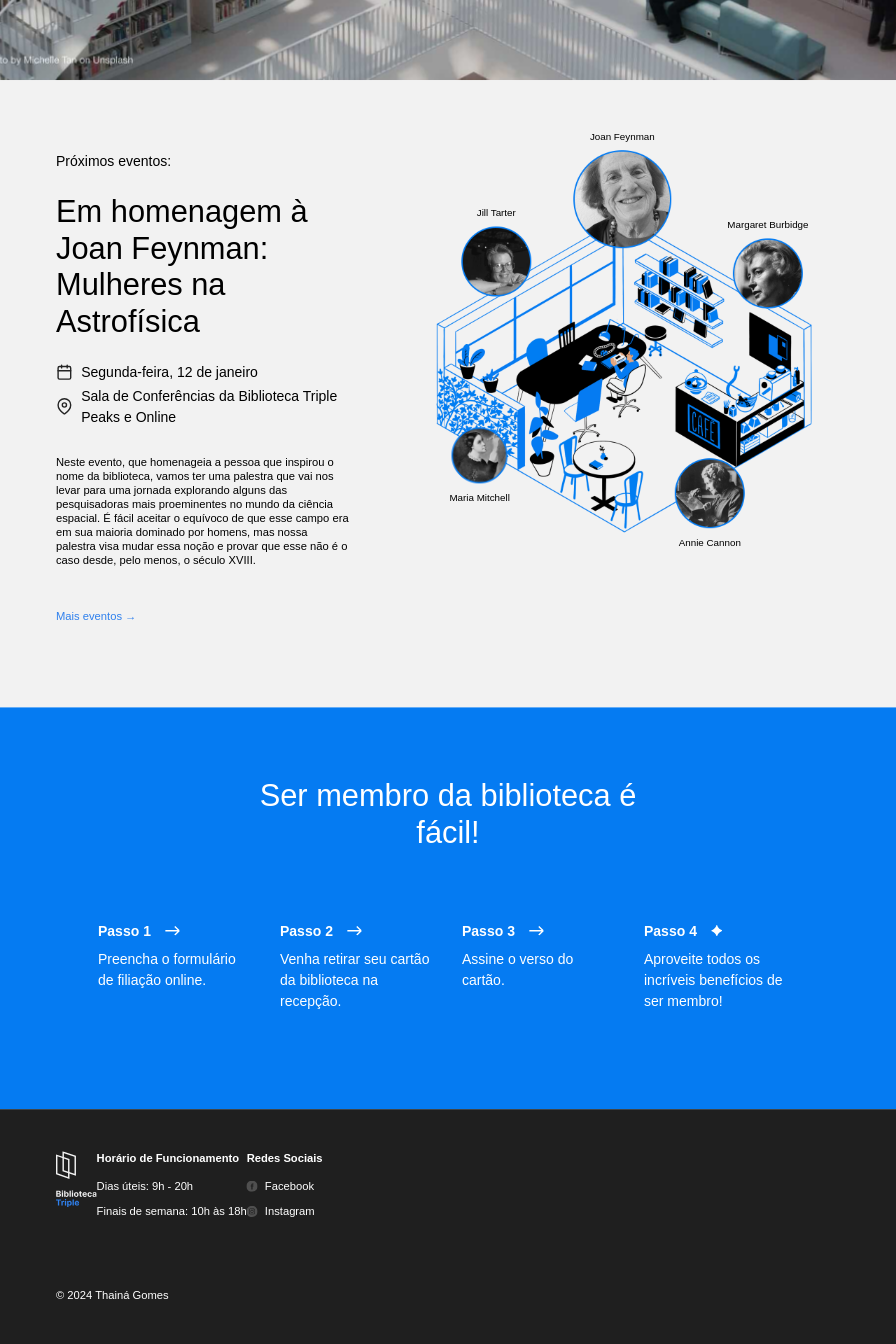
Repository: thainagomesc/web_project_library_pt
Page: index.html
These files come from the project's save history. The page is drawn as it stood at one moment and after the next save; the edit follows.
The browser window is 1280 px wide. The pictures show the part of the page from y = 1872 to 3792 px (the page is 3792 px tall), at 70% of full size.

Above is the page before, as saved 2025-12-29 19:58:00.

After the next save:
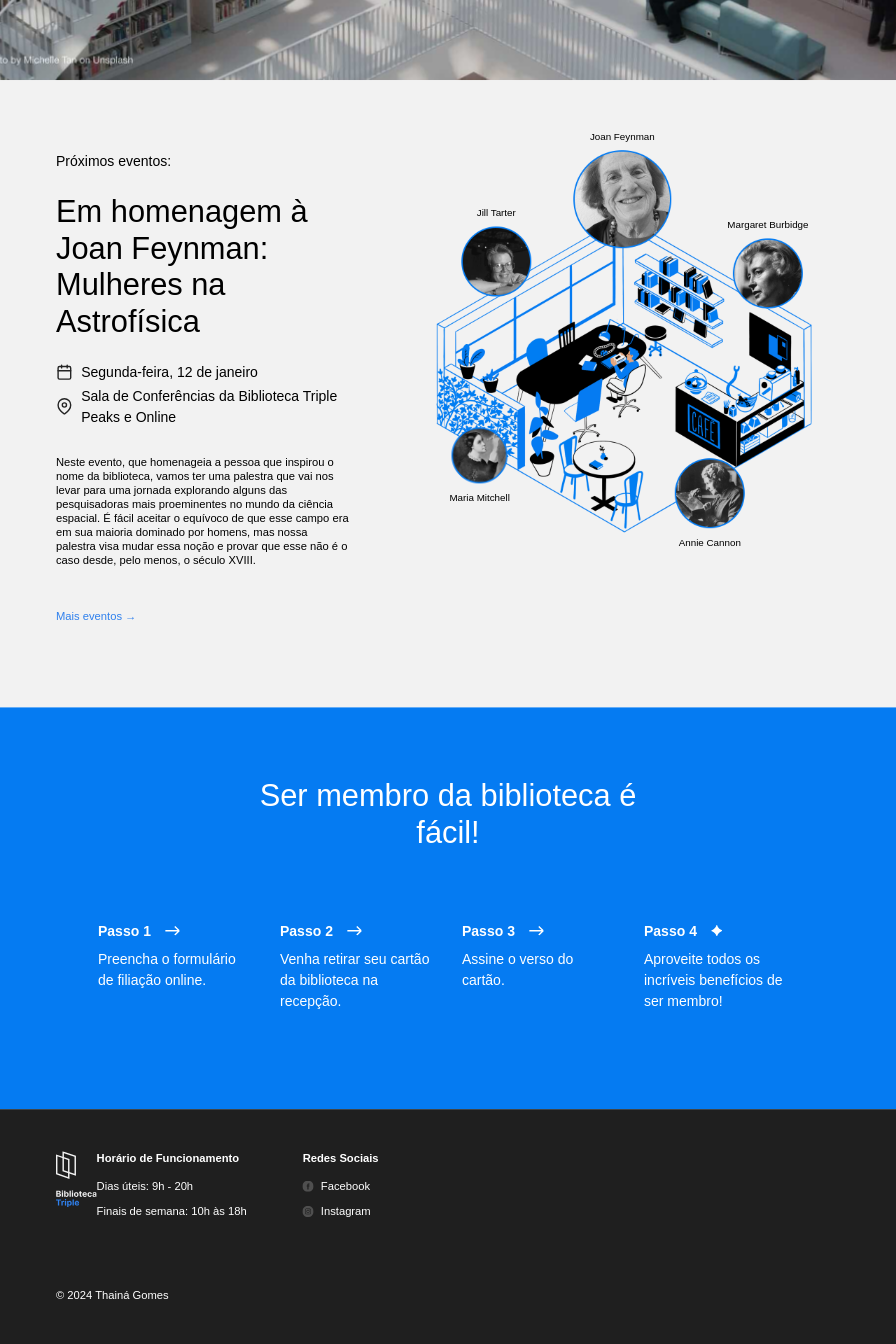
Saved 19 s later.
--- a/styles/style.css
+++ b/styles/style.css
@@ -363,11 +363,14 @@
 }
 
 .footer__column_content_hours {
+/* No design, há um espaço de 80px entre a coluna de horas e a de redes sociais  */
+  margin-right: 80px;
   display: flex;
   flex-direction: column;
 }
 
 .footer__column_content_social {
+
 }
 
 .footer__logo {
